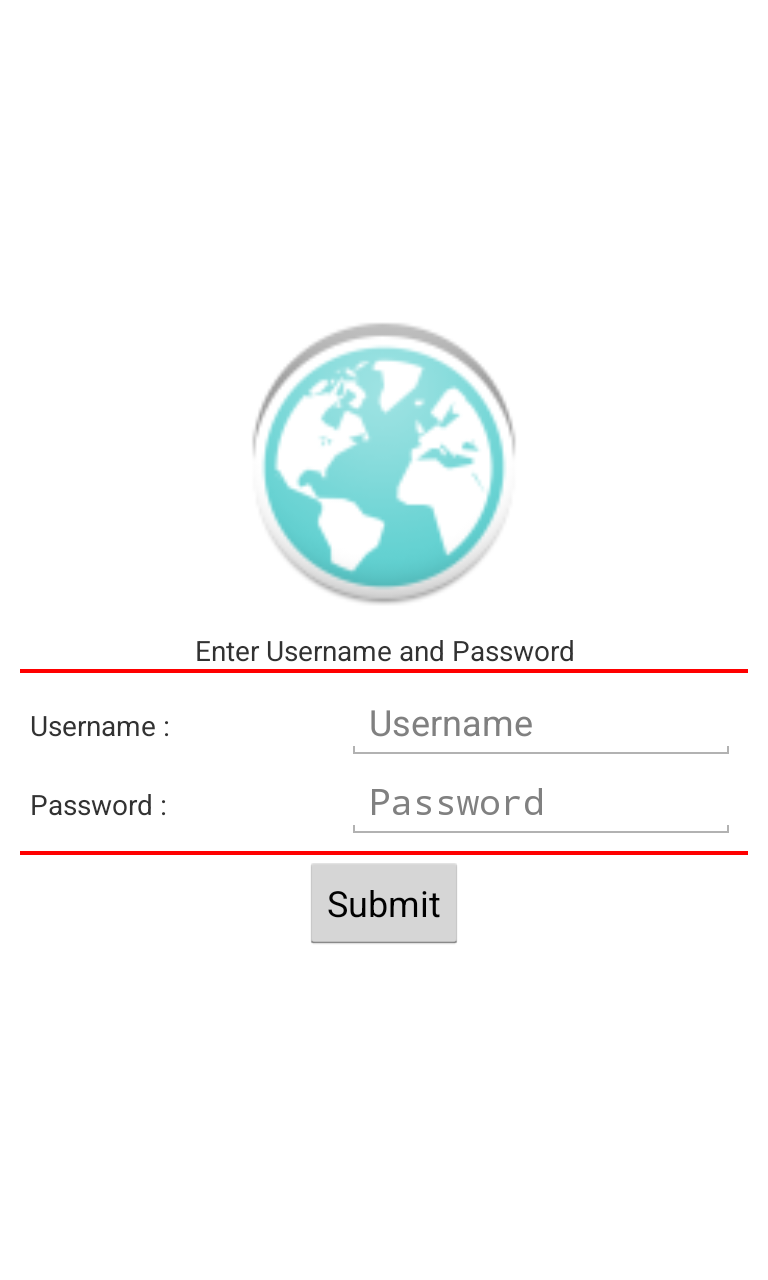
Repository: mansee8/Emergency-Service-Information-Provider
Layout: Emergency Service Information Provider/ESIP/ESIP/res/layout/home.xml
An editor plug-in stored every save of this project. The layout is shown before and after the next save, followed by the edit.
It is drawn on a 768 x 1280 px phone screen (xhdpi) without system bars, with theme AppTheme; the app's code is not run.

Above is the layout before, as saved 2014-02-28 08:18:26.

After the next save:
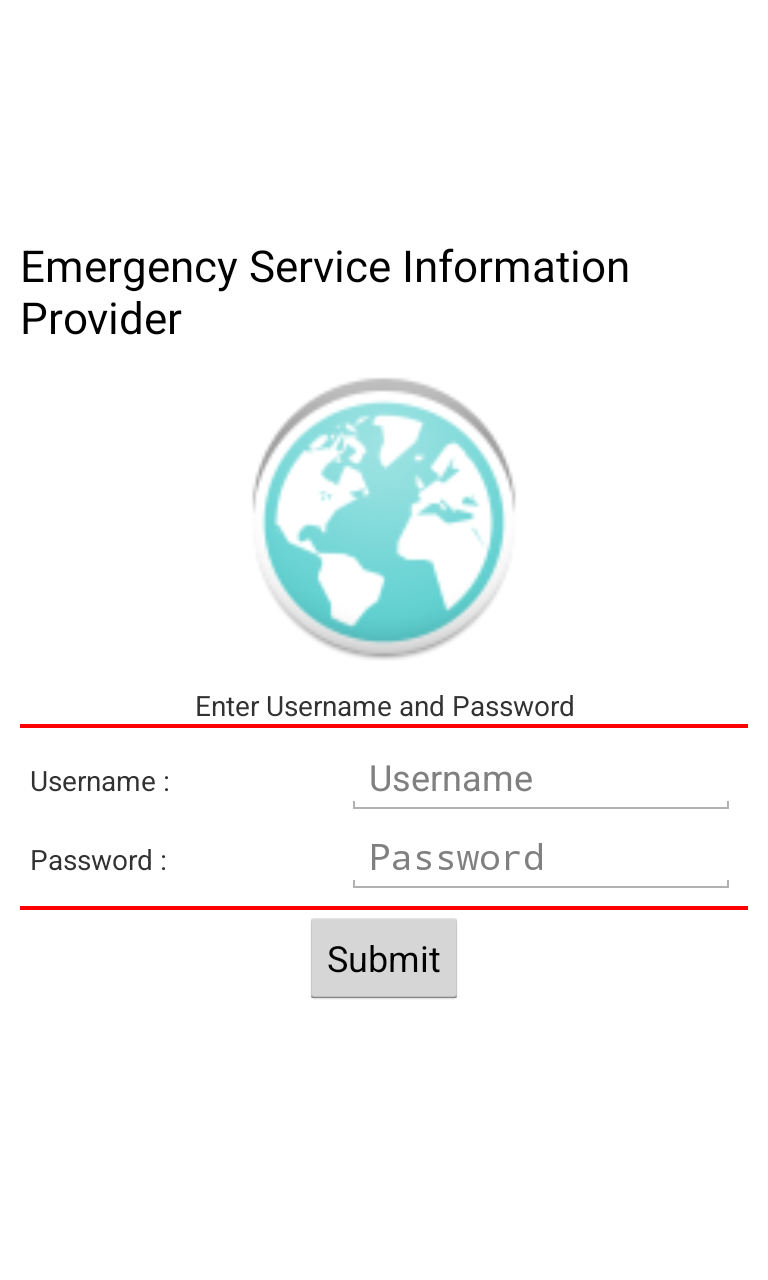
Saved 47 s later.
--- a/Emergency Service Information Provider/ESIP/ESIP/res/layout/home.xml
+++ b/Emergency Service Information Provider/ESIP/ESIP/res/layout/home.xml
@@ -10,6 +10,13 @@
 	    android:orientation="vertical"
 	    android:gravity="center"
 	    android:padding="5dp">
+
+		<TextView
+		    android:id="@+id/textView1"
+		    android:layout_width="wrap_content"
+		    android:layout_height="wrap_content"
+		    android:text="Emergency Service Information Provider"
+		    android:textAppearance="?android:attr/textAppearanceLarge" />
 
 		<ImageView
 		    android:id="@+id/imageView1"
